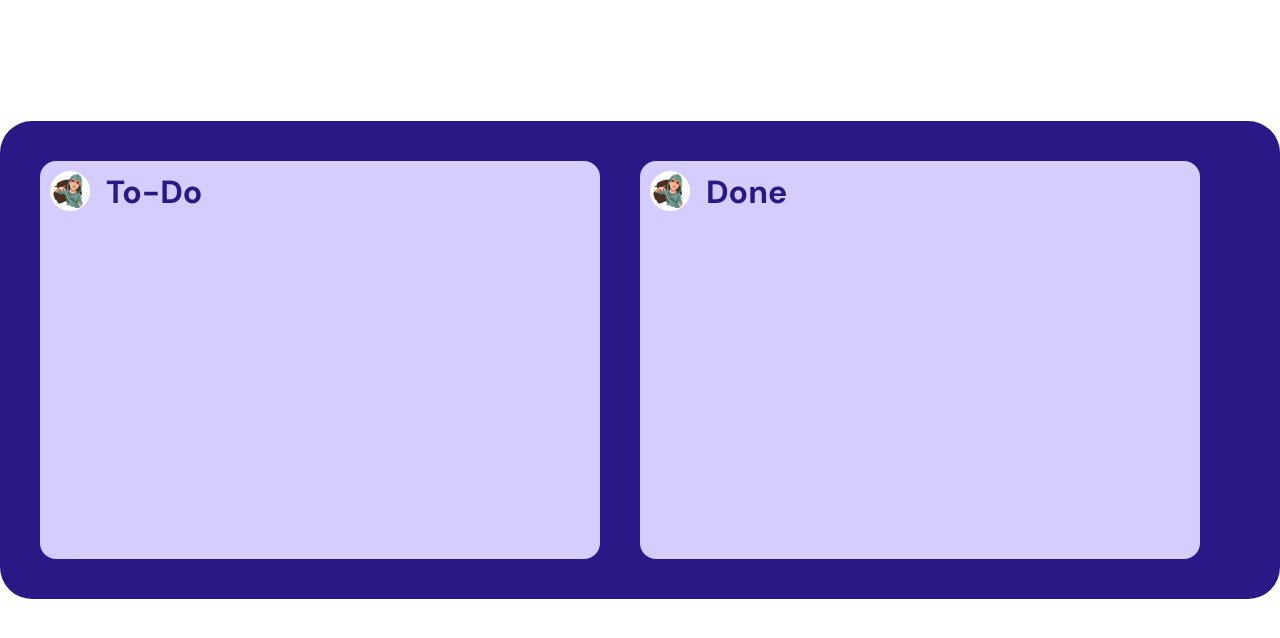
Repository: VitasYo/Kanban
Page: index.html
These files come from the project's save history. The page is drawn as it stood at one moment and after the next save; the edit follows.
The browser window is 1280 px wide. The pictures show the whole page.

Above is the page before, as saved 2024-04-14 23:28:24.

### index.html
<!DOCTYPE html>
<html lang="en">
<head>
  <meta charset="UTF-8">
  <meta name="viewport" content="width=device-width, initial-scale=1.0">
  <link rel="stylesheet" href="./src/assets/css/index.css">
  <title>To-Do-List-Kanban</title>
</head>
<body>
  <main class="kanban">
    <section class="kanban__column kanban__column_to_do">
      <div class="kanban__column_to_do">
        <div class="kanban__title_and_icon">
          <img height=40 width=40 src="src/assets/img/Avatar.jpg" alt="Аватар">
          <h2 class="kanban__title">To-Do</h2>
        </div>
      </div>
    </section>

    <section class="kanban__column kanban__column--done">
      <div class="kanban__title_and_icon">
        <img height=40 width=40 src="src/assets/img/Avatar.jpg" alt="Аватар">
        <h2 class="kanban__title">Done</h2>
      </div>
    </section>
  </main>
  </body>
<script src="./src/assets/js/index.js"></script>
</html>

### src/assets/css/index.css
@import url('https://fonts.googleapis.com/css2?family=DM+Sans:opsz,wght@9..40,100;9..40,200;9..40,300;9..40,400;9..40,500;9..40,600;9..40,700;9..40,800;9..40,900;9..40,1000&display=swap');
@import './component/_kanban.css';
@import './_media.css';



* {
  font-family: 'DM Sans', sans-serif;
}

* {
  box-sizing: border-box;
  margin: 0;
  padding: 0;
}

body {
  font-family: 'Arial', sans-serif;
  background-color: white;
  color: white;
  display: flex;
  flex-direction: column;
  min-height: 100vh;
}


.header__title,
.footer__text {
  margin: 0;
  padding: 10px 0;
}

.container {
  width: 100%;
  padding-right: 15px;
  padding-left: 15px;
  margin-right: auto;
  margin-left: auto;
}

### src/assets/css/component/_kanban.css
.kanban {
    display: flex;
    flex-wrap: wrap;
    justify-content: space-around;
    flex-grow: 1;
    flex: 0 0 100%;
    border-radius: 32px;
    border: 40px solid #2B1887;
    background-color: #2B1887;
    display: grid;
    grid-template-columns: 1fr 1fr;
    margin: auto;
}

.kanban__column {
    height: 398px;
    width: 560px;
    background-color: #D5CCFF;
    border-radius: 16px;
    padding: 10px;
}

.kanban__column_to_do {
    margin-right: 40px;
}

.kanban__title {
    color: #2B1887;
    font-size: 32px;
    margin-bottom: 24px;
    padding-left: 16px;
}

.kanban__title_and_icon {
    display: flex;
}

### src/assets/css/_media.css
@media (min-width: 576px) {
    .container {
        max-width: 540px;
    }
}

@media (min-width: 768px) {
    .container {
        max-width: 720px;
    }
}

@media (min-width: 992px) {
    .container {
        max-width: 960px;
    }
}

@media (min-width: 1200px) {
    .container {
        max-width: 1140px;
    }
}

@media (min-width: 1400px) {
    .container {
        max-width: 1320px;
    }
}

@media screen and (min-width: 640px) {
    .kanban__column {
        flex: 0 0 calc(33.333% - 20px);
    }
}

Loaded but not shown: src/assets/js/index.js (no stored copy; drawn as an empty file)

After the next save:
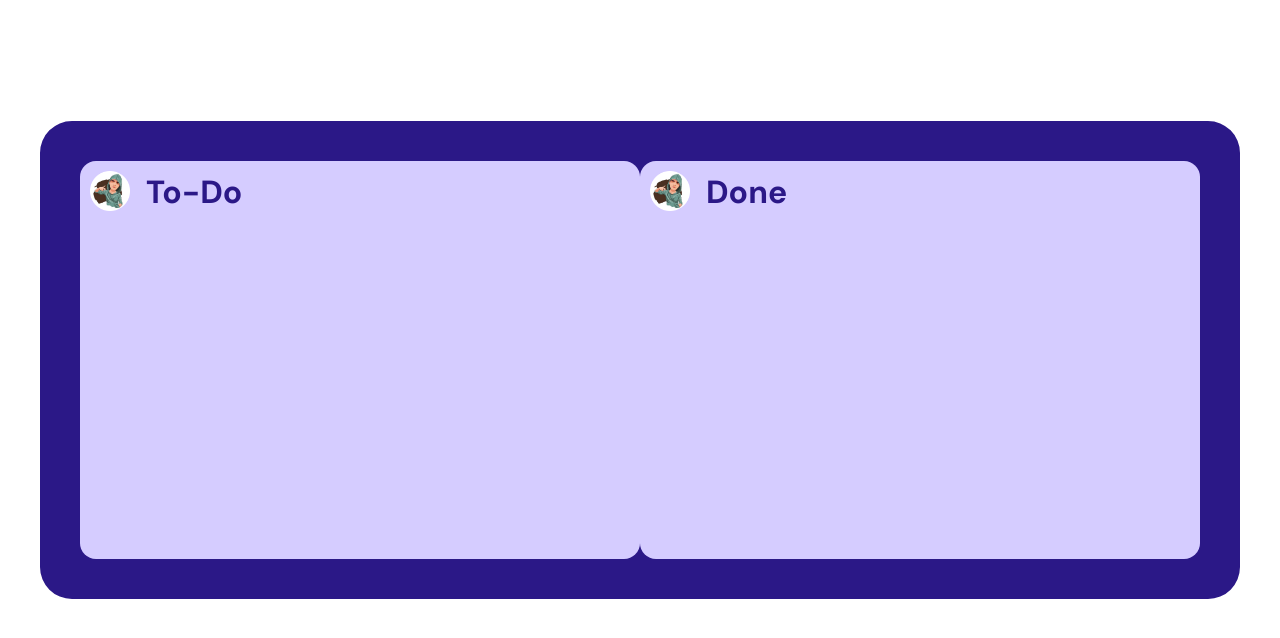
Saved 11 s later.
--- a/index.html
+++ b/index.html
@@ -8,7 +8,7 @@
 </head>
 <body>
   <main class="kanban">
-    <section class="kanban__column kanban__column_to_do">
+    <section class="kanban__column">
       <div class="kanban__column_to_do">
         <div class="kanban__title_and_icon">
           <img height=40 width=40 src="src/assets/img/Avatar.jpg" alt="Аватар">

After the 2 saves that followed:
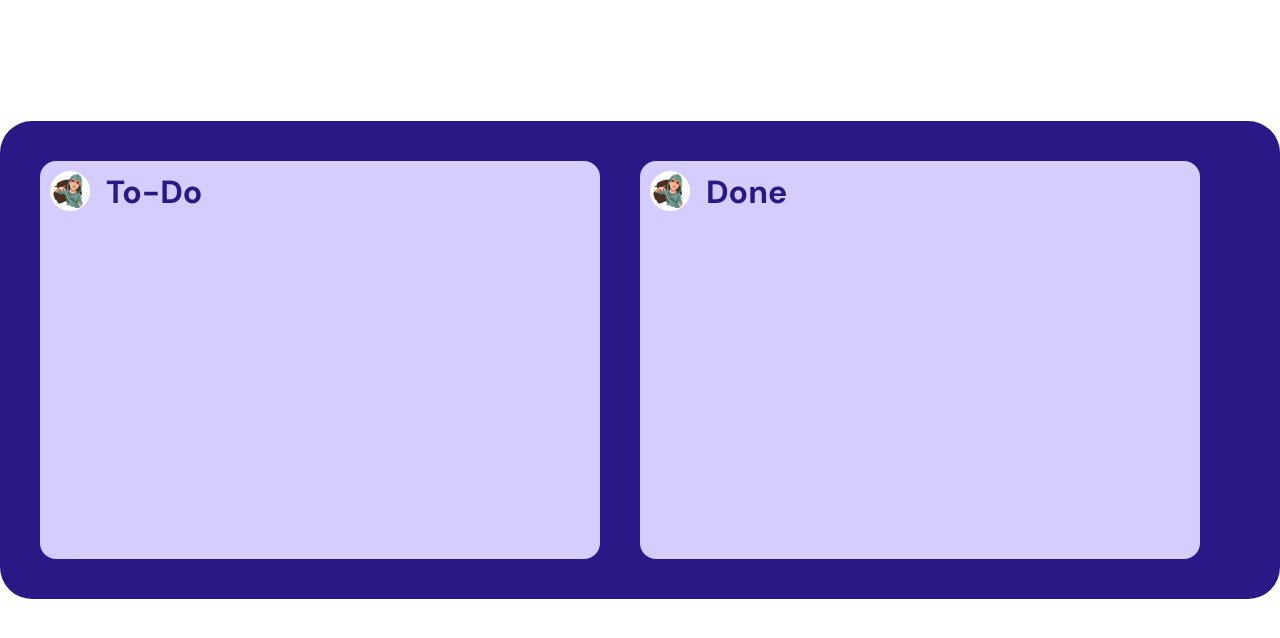
The 2 saves are shown as one change because they came seconds apart.
The last was saved 34 s later.
--- a/index.html
+++ b/index.html
@@ -8,13 +8,12 @@
 </head>
 <body>
   <main class="kanban">
-    <section class="kanban__column">
-      <div class="kanban__column_to_do">
-        <div class="kanban__title_and_icon">
-          <img height=40 width=40 src="src/assets/img/Avatar.jpg" alt="Аватар">
-          <h2 class="kanban__title">To-Do</h2>
-        </div>
+    <section class="kanban__column kanban__column_to_do">
+      <div class="kanban__title_and_icon">
+        <img height=40 width=40 src="src/assets/img/Avatar.jpg" alt="Аватар">
+        <h2 class="kanban__title">To-Do</h2>
       </div>
+
     </section>
 
     <section class="kanban__column kanban__column--done">
